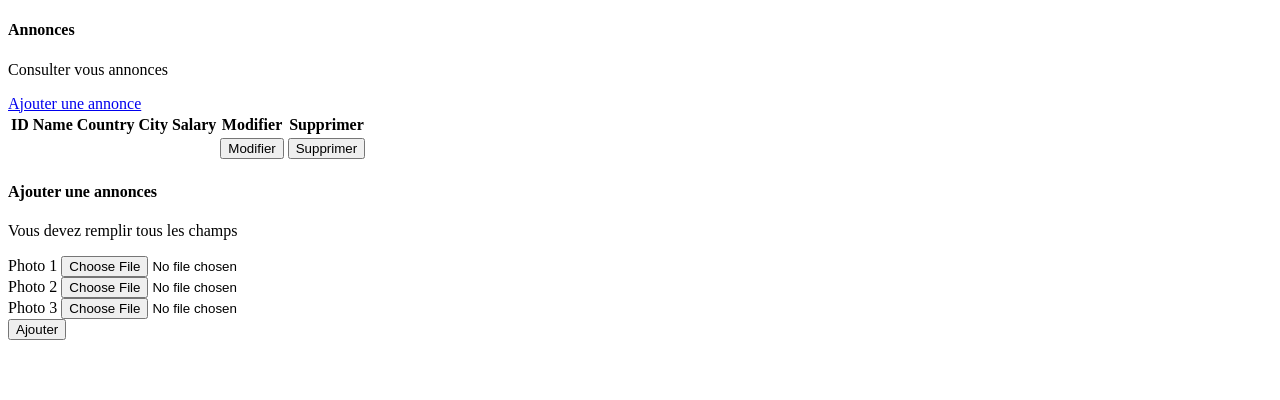
Repository: said-chafouai/E-Colocation-WebApplication
Page: http://localhost/e-colocation/WEB-INF/JSPFiles/Offreur/annonces.jsp
The author's editor kept a copy of each file at every save. The page is drawn from the files as they stood at one save, then again after the next save.
The browser window is 1280 px wide. The pictures show the whole page.
The page is served by Tomcat 9. Nobody is signed in. The template is opened directly, without the code that normally fills it, so the values that code supplies are empty.

Above is the page before, as saved 2020-02-03 17:31:40.

After the next save:
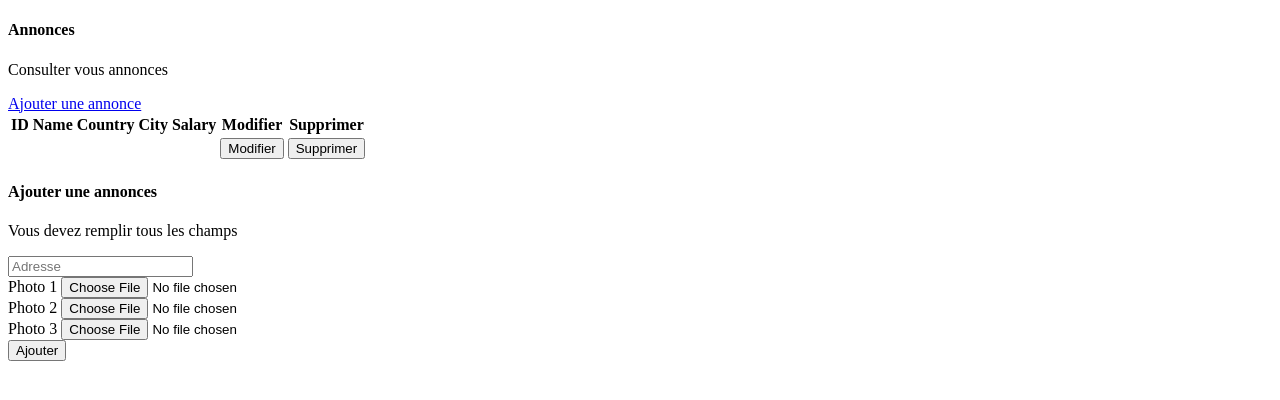
Saved 15 s later.
--- a/e-colocation/WebContent/WEB-INF/JSPFiles/Offreur/annonces.jsp
+++ b/e-colocation/WebContent/WEB-INF/JSPFiles/Offreur/annonces.jsp
@@ -101,11 +101,11 @@
                                 </div>
                                 <div class="card-body">
                                   	<form  action="O_Annonces" enctype="multipart/form-data"  method="post">
-                                  	<!--
+
 	                                    <div class="form-group">
 	                                        <input type="text" name="adresse" placeholder="Adresse" class="form-control" required>
 	                                    </div>
-
+										<!--
 	                                    <div class="form-group">
 	                                        <input type="text" name="ville" placeholder="Ville" class="form-control" required>
 	                                    </div>
